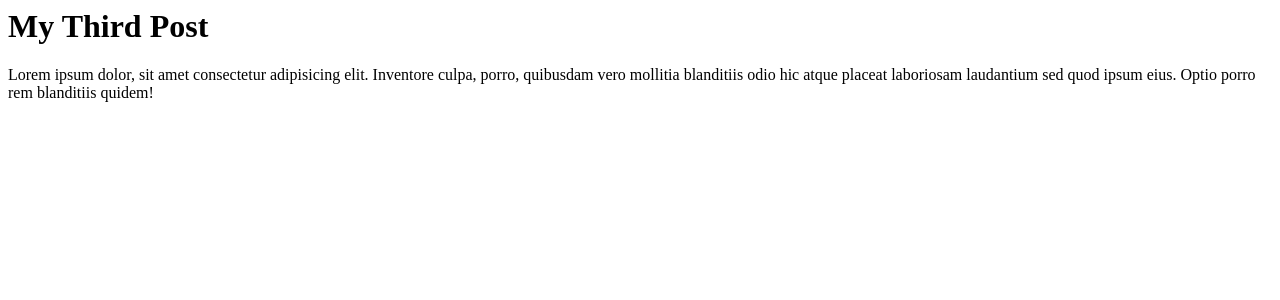
Repository: RaquelAlvarezz/example-app
Page: resources/posts/my-third-post.html
The author's editor kept a copy of each file at every save. The page is drawn from the files as they stood at one save, then again after the next save.
The browser window is 1280 px wide. The pictures show the whole page.

Above is the page before, as saved 2022-02-22 09:19:51.

### resources/posts/my-third-post.html

    <h1>My Third Post</h1>
<p>Lorem ipsum dolor, sit amet consectetur adipisicing elit. Inventore culpa, porro, quibusdam vero mollitia blanditiis odio hic atque placeat laboriosam laudantium sed quod ipsum eius. Optio porro rem blanditiis quidem!</p>

After the next save:
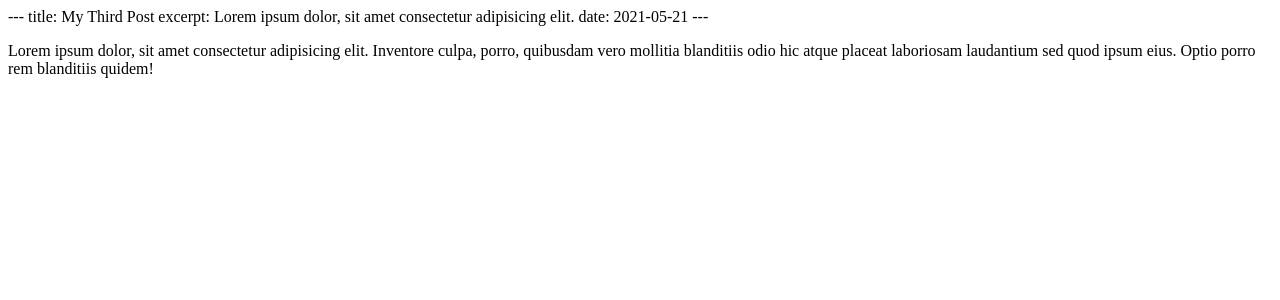
Saved 95 s later.
--- a/resources/posts/my-third-post.html
+++ b/resources/posts/my-third-post.html
@@ -1,3 +1,7 @@
 
-    <h1>My Third Post</h1>
+    ---
+    title: My Third Post
+    excerpt: Lorem ipsum dolor, sit amet consectetur adipisicing elit.
+    date: 2021-05-21
+    ---
 <p>Lorem ipsum dolor, sit amet consectetur adipisicing elit. Inventore culpa, porro, quibusdam vero mollitia blanditiis odio hic atque placeat laboriosam laudantium sed quod ipsum eius. Optio porro rem blanditiis quidem!</p>
